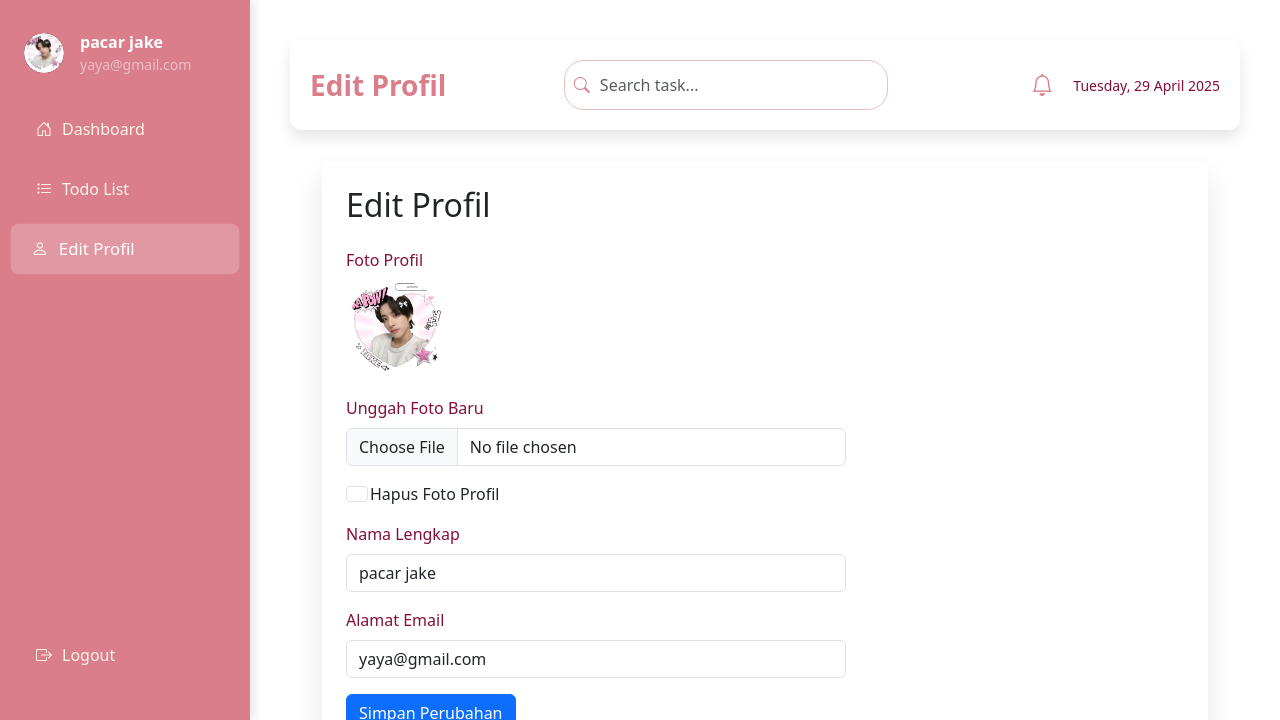
Repository: zhr-nabila/FloTime
Page: http://localhost/profile.php
The author's editor kept a copy of each file at every save. The page is drawn from the files as they stood at one save, then again after the next save.
The browser window is 1280 px wide. The pictures show the whole page.
An inner scrolling area shows only its first screen. The page is run by PHP 8.4 with error messages shown; the project is at /var/www/html/. The session is filled in as if someone had signed in: {"email": "yaya@gmail.com", "status": "login", "user_id": 2}. The database holds what the project's SQL file puts in it.

Above is the page before, as saved 2025-04-30 21:16:12.

After the next save:
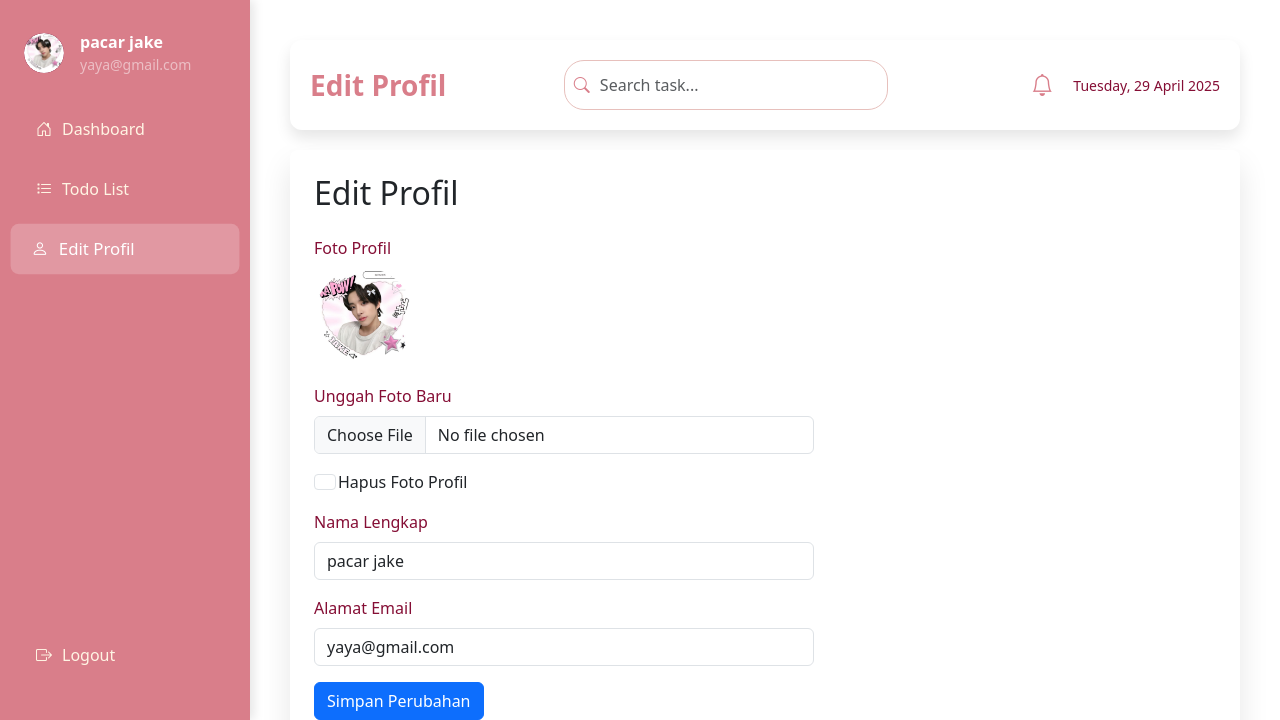
Saved 7 s later.
--- a/css/profile.css
+++ b/css/profile.css
@@ -13,7 +13,7 @@ body {
     background-color: white;
     border-radius: 8px;
     box-shadow: 0 15px 30px rgba(0, 0, 0, 0.1);
-    margin: 2rem;
+
     padding: 30px;
     border: none;
 }
